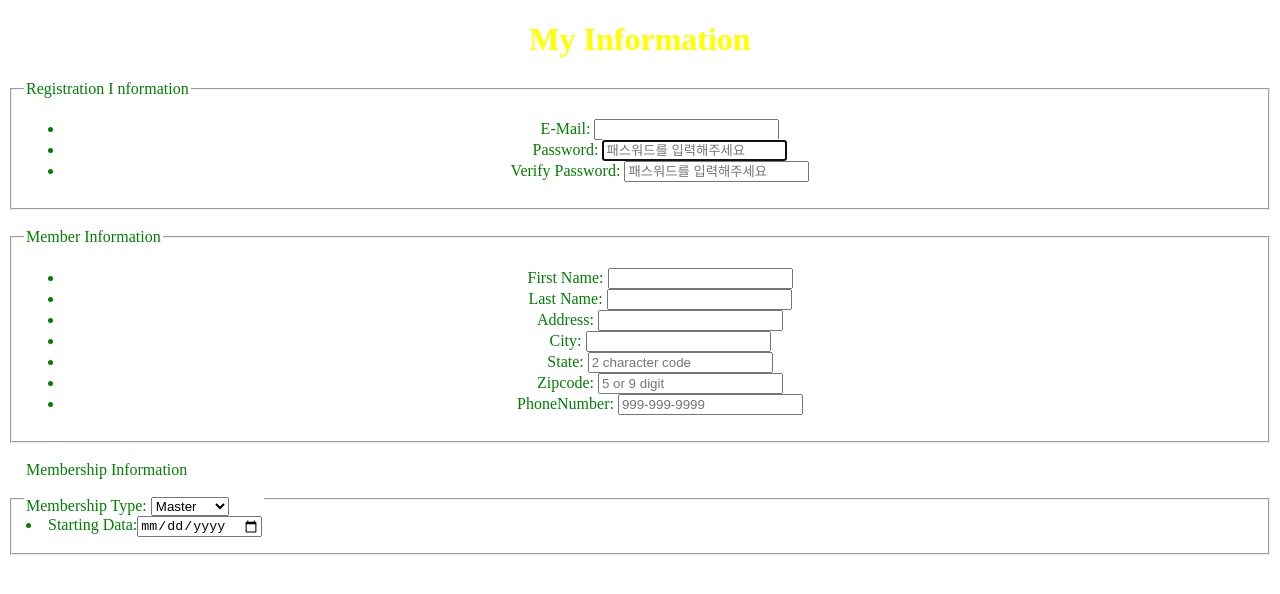
Repository: hyungju2/SSAFY_JavaPractice
Page: 20190211_HTML/web_java/HTMLProject/WebContent/html/hwfront01_서울_6반_이형주.html
These files come from the project's save history. The page is drawn as it stood at one moment and after the next save; the edit follows.
The browser window is 1280 px wide. The pictures show the whole page.

Above is the page before, as saved 2019-02-11 09:00:54.

After the next save:
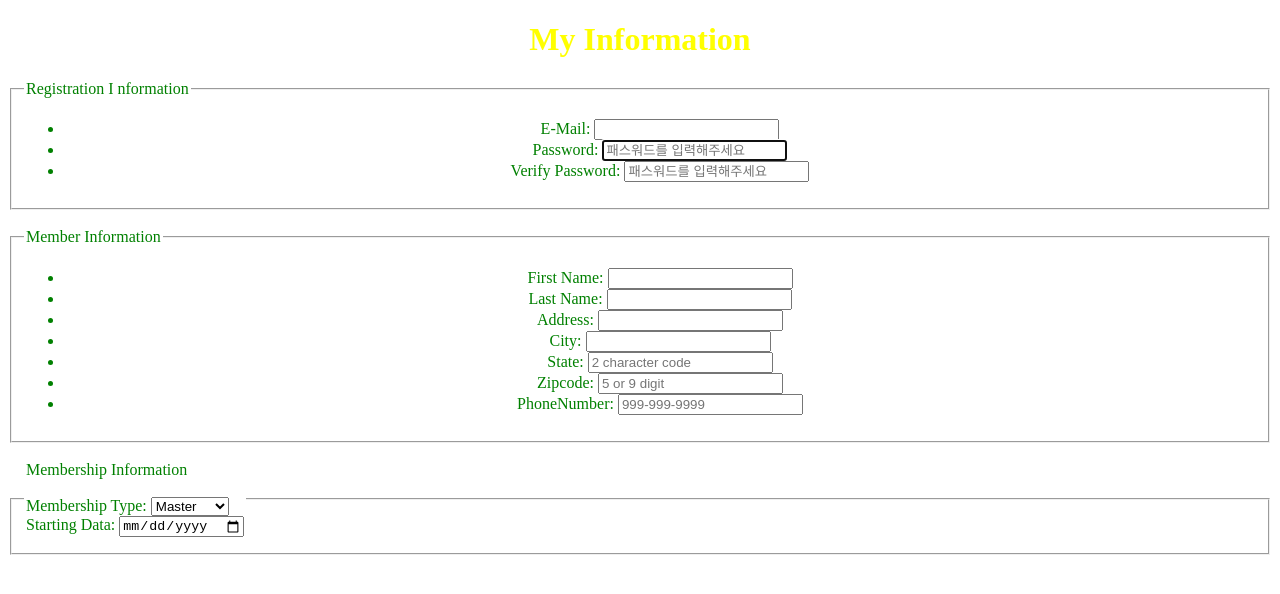
Saved 28 s later.
--- a/20190211_HTML/web_java/HTMLProject/WebContent/html/hwfront01_서울_6반_이형주.html
+++ b/20190211_HTML/web_java/HTMLProject/WebContent/html/hwfront01_서울_6반_이형주.html
@@ -67,8 +67,8 @@
 			</optgroup>
 			</select>
 			<br>
-			<li align="center">Starting Data:<input
-				type="date" , id="id"></li>
+			<label for="firstname">Starting Data:</label> <input
+				type="date" , id="id">
 		</legend>
 	</fieldset>
 
